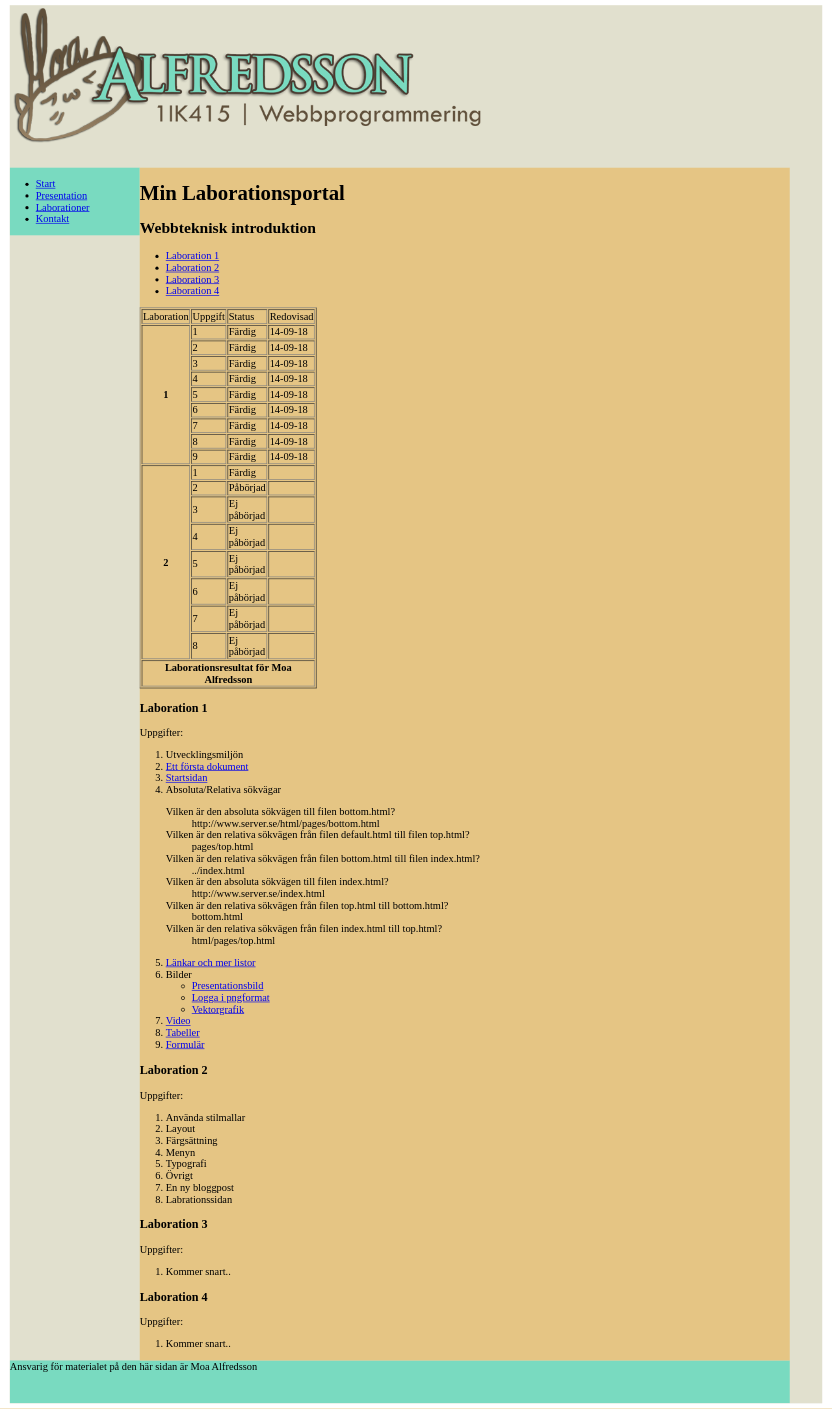
Repository: ma223md/1ik415
Page: Pages/laborationer.html
The author's editor kept a record of every edit. The page is drawn from the files as they stood at one moment, then again after the next edit.
The browser window is 1280 px wide. The pictures show the whole page, at 65% of full size.

Above is the page before.

### Pages/laborationer.html
<!DOCTYPE html>
<html>
    <head>
        <title>Laborationer</title>
        <meta charset="UTF-8">
        <!-- Gör så att svenska bokstäver visas korrekt -->
        <link rel="stylesheet" href="../css/style.css" />
    </head>
    <body>
        <div id="container">
            <div id="header">
                <img src="../Pictures/logga.png" alt="logga">
            </div>

            <div id="navigation">
                <ul>
                    <li><a href="../Index.html">Start</a></li>
                    <li><a href="../Pages/presentation.html">Presentation</a></li>
                    <li><a href="../Pages/laborationer.html">Laborationer</a></li>
                    <li><a href="../Pages/kontakt.html">Kontakt</a></li>
                </ul>
            </div>

            <div id="content">
                <h1>Min Laborationsportal</h1>
                <h2>Webbteknisk introduktion</h2>

                <ul>
                    <li><a href="#lab1">Laboration 1</a></li>
                    <li><a href="#lab2">Laboration 2</a></li>
                    <li><a href="#lab3">Laboration 3</a></li>
                    <li><a href="#lab4">Laboration 4</a></li>
                </ul>

                <table border="1" style="width:20%">
                    <tr>
                        <td>Laboration</td>
                        <td>Uppgift</td>
                        <td>Status</td>
                        <td>Redovisad</td>
                    </tr>
                    <tr>
                        <th rowspan="9">1</th>
                        <td>1</td>
                        <td>Färdig</td>
                        <td>14-09-18</td>
                    </tr>
                    <tr>
                        <td>2</td>
                        <td>Färdig</td>
                        <td>14-09-18</td>
                    </tr>
                    <tr>
                        <td>3</td>
                        <td>Färdig</td>
                        <td>14-09-18</td>
                    </tr>
                    <tr>
                        <td>4</td>
                        <td>Färdig</td>
                        <td>14-09-18</td>
                    </tr>
                    <tr>
                        <td>5</td>
                        <td>Färdig</td>
                        <td>14-09-18</td>
                    </tr>
                    <tr>
                        <td>6</td>
                        <td>Färdig</td>
                        <td>14-09-18</td>
                    </tr>
                    <tr>
                        <td>7</td>
                        <td>Färdig</td>
                        <td>14-09-18</td>
                    </tr>
                    <tr>
                        <td>8</td>
                        <td>Färdig</td>
                        <td>14-09-18</td>
                    </tr>
                    <tr>
                        <td>9</td>
                        <td>Färdig</td>
                        <td>14-09-18</td>
                    </tr>
                    <tr>
                        <th rowspan="8">2</th>
                        <td>1</td>
                        <td>Färdig</td>
                        <td></td>
                    </tr>
                    <tr>
                        <td>2</td>
                        <td>Påbörjad</td>
                        <td></td>
                    </tr>
                    <tr>
                        <td>3</td>
                        <td>Ej påbörjad</td>
                        <td></td>
                    </tr>
                    <tr>
                        <td>4</td>
                        <td>Ej påbörjad</td>
                        <td></td>
                    </tr>
                    <tr>
                        <td>5</td>
                        <td>Ej påbörjad</td>
                        <td></td>
                    </tr>
                    <tr>
                        <td>6</td>
                        <td>Ej påbörjad</td>
                        <td></td>
                    </tr>
                    <tr>
                        <td>7</td>
                        <td>Ej påbörjad</td>
                        <td></td>
                    </tr>
                    <tr>
                        <td>8</td>
                        <td>Ej påbörjad</td>
                        <td></td>
                    </tr>
                    <tr>
                        <th colspan="4">Laborationsresultat för Moa Alfredsson</th>
                    </tr>
                </table>

                <h3><a id="lab1">Laboration 1</a></h3>
                <p>Uppgifter:</p>
                <ol>
                    <li>Utvecklingsmiljön</li>
                    <li><a href="../Index.html">Ett första dokument</a></li>
                    <li><a href="../Index.html">Startsidan</a></li>
                    <li>Absoluta/Relativa sökvägar
                        <dl>
                            <dt>Vilken är den absoluta sökvägen till filen bottom.html?</dt>
                            <dd>http://www.server.se/html/pages/bottom.html</dd>
                            <dt>Vilken är den relativa sökvägen från filen default.html till filen top.html?</dt>
                            <dd>pages/top.html</dd>
                            <dt>Vilken är den relativa sökvägen från filen bottom.html till filen index.html?</dt>
                            <dd>../index.html</dd>
                            <dt>Vilken är den absoluta sökvägen till filen index.html?</dt>
                            <dd>http://www.server.se/index.html  </dd>
                            <dt>Vilken är den relativa sökvägen från filen top.html till bottom.html?</dt>
                            <dd>bottom.html</dd>
                            <dt>Vilken är den relativa sökvägen från filen index.html till top.html?</dt>
                            <dd>html/pages/top.html</dd>
                        </dl>
                    </li>

                    <li><a href="laborationer.html">Länkar och mer listor</a></li>
                    <li>Bilder
                        <ul>
                            <li><a href="../Pages/presentation.html#presentationsbild">Presentationsbild</a></li>
                            <li><a href="../Pictures/logga2.png">Logga i pngformat</a></li>
                            <li><a href="../Index.html#vektorgrafik">Vektorgrafik</a></li>
                        </ul>
                    </li>
                    <li><a href="../Index.html">Video</a></li>
                    <li><a href="laborationer.html">Tabeller</a></li>
                    <li><a href="kontakt.html">Formulär</a></li>
                </ol>

                <h3><a id="lab2">Laboration 2</a></h3>
                <p>Uppgifter:</p>
                <ol>
                    <li>Använda stilmallar</li>
                    <li>Layout</li>
                    <li>Färgsättning</li>
                    <li>Menyn</li>
                    <li>Typografi</li>
                    <li>Övrigt</li>
                    <li>En ny bloggpost</li>
                    <li>Labrationssidan</li>
                </ol>

                <h3><a id="lab3">Laboration 3</a></h3>
                <p>Uppgifter:</p>
                <ol>
                    <li>Kommer snart..</li>
                </ol>

                <h3><a id="lab4">Laboration 4</a></h3>
                <p>Uppgifter:</p>
                <ol>
                    <li>Kommer snart..</li>
                </ol>
            </div>

            <div id="footer">
                <p>Ansvarig för materialet på den här sidan är Moa Alfredsson</p>
            </div>
        </div>
    </body>
</html>

### css/style.css
/* Layout */

/*  Colors
    Main: #e1e0ce
    Navigation: #79dac0
    Content: #e5c584
*/

#container
    {
        background: #e1e0ce;
        width: 1250px;
        overflow: auto;
        margin: 0 auto;
    }

#header
{
    height:250px;
    width: 1200px;
}

#navigation
    {
        float: left;
        background: #79dac0;
        width: 200px;
    }

#content
    {
        width: 1000px;
        background: #e5c584;
        float: left;
    }

#footer
    {
        clear: both;
        background: #79dac0;
        height: 66px;
        width: 1200px;
    }

### css/style2.css
/* Layout */

/*  Colors
    Main: #e1e0ce
    Navigation: #79dac0
    Content: #e5c584
*/

#container
    {
        background: #e1e0ce;
        width: 1250px;
        overflow: auto;
        margin: 0 auto;
    }

#header
{
    height:250px;
    width: 1200px;
}

#navigation
    {
        float: left;
        background: #e1e0ce;
        width: 200px;
    }

#navigation ul
    {
        margin: 0;
        padding: 0;
        width:185px;
        list-style-type: none;
    }

#navigation ul li a
    {
        text-decoration: none;
        color: #5f4f3a;
        padding: 10.5px 11px;
        background-color: #79dac0;
        display:block;

    }

#navigation ul li a:hover, #navigation ul li .active
    {
    color: white;
    background-color: #5faa96;
    }

#content
    {
        width: 1000px;
        background: #e5c584;
        float: left;
    }

#footer
    {
        clear: both;
        background: #79dac0;
        height: 66px;
        width: 1200px;
    }

After the next edit:
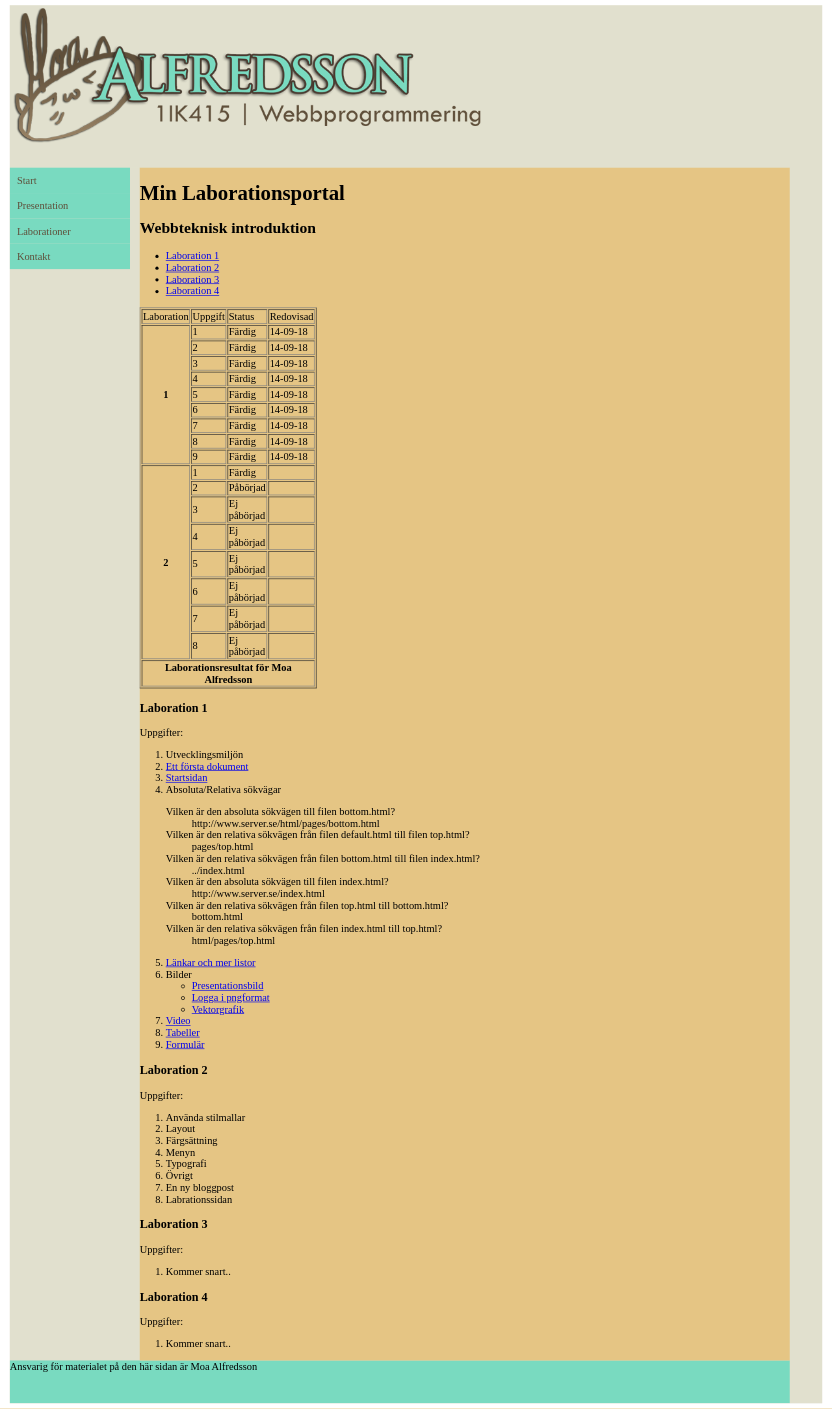
The edit:
--- a/Pages/laborationer.html
+++ b/Pages/laborationer.html
@@ -4,7 +4,7 @@
         <title>Laborationer</title>
         <meta charset="UTF-8">
         <!-- Gör så att svenska bokstäver visas korrekt -->
-        <link rel="stylesheet" href="../css/style.css" />
+        <link rel="stylesheet" href="../css/style2.css" />
     </head>
     <body>
         <div id="container">
